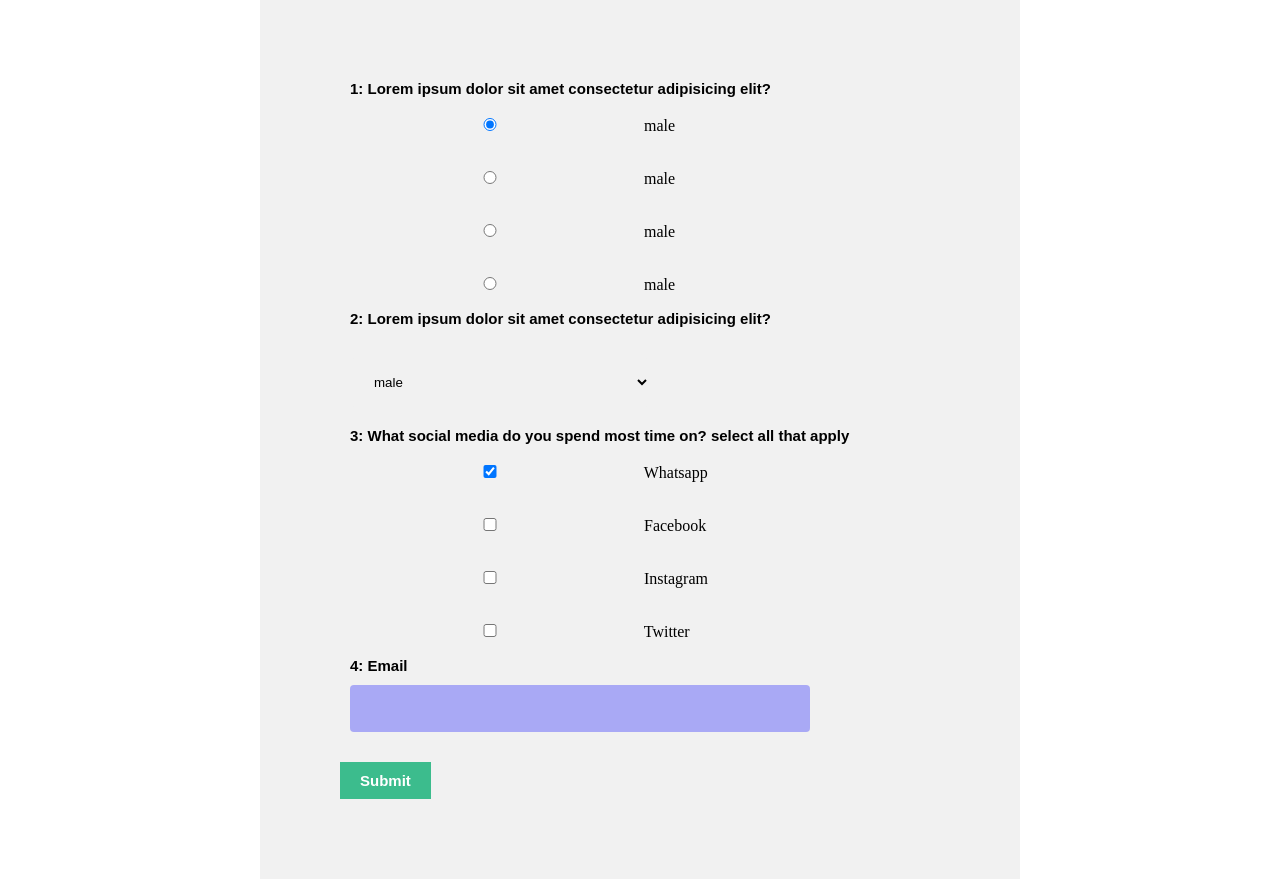
Repository: Grace229/Hasob-form
Page: index.html
These files come from the project's save history. The page is drawn as it stood at one moment and after a run of saves; the edit follows.
The browser window is 1280 px wide. The pictures show the whole page.

Above is the page before, as saved 2020-12-27 11:52:33.

After the next 2 saves:
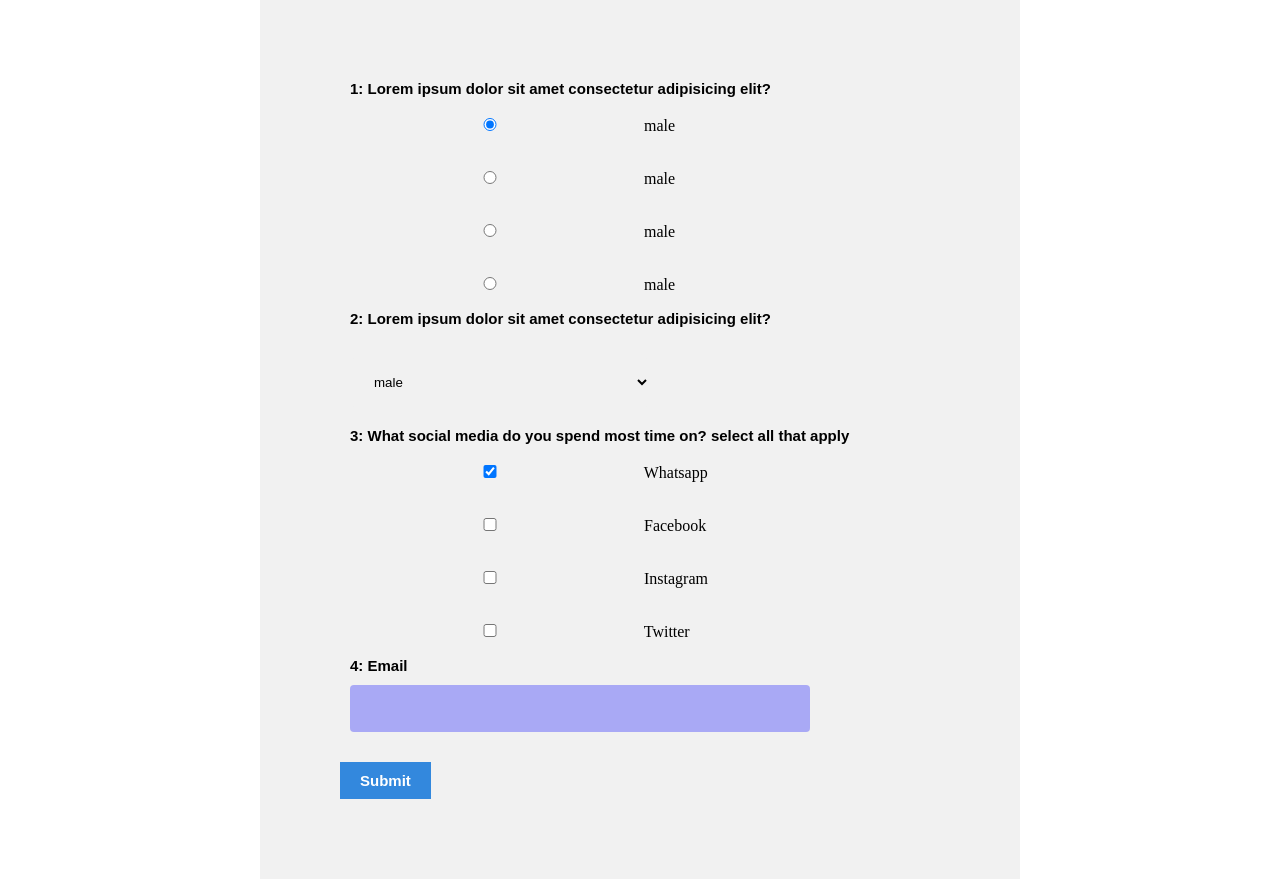
The 2 saves are shown as one change because they came seconds apart.
The last was saved 23 s later.
--- a/style.css
+++ b/style.css
@@ -59,7 +59,7 @@ form{
     border: 0;
     font-weight: bold;
     padding: 10px 20px;
-    background: #3cbc8D;
+    background: #38D;
     color: #fff;
     font-size: 15px;
 }
